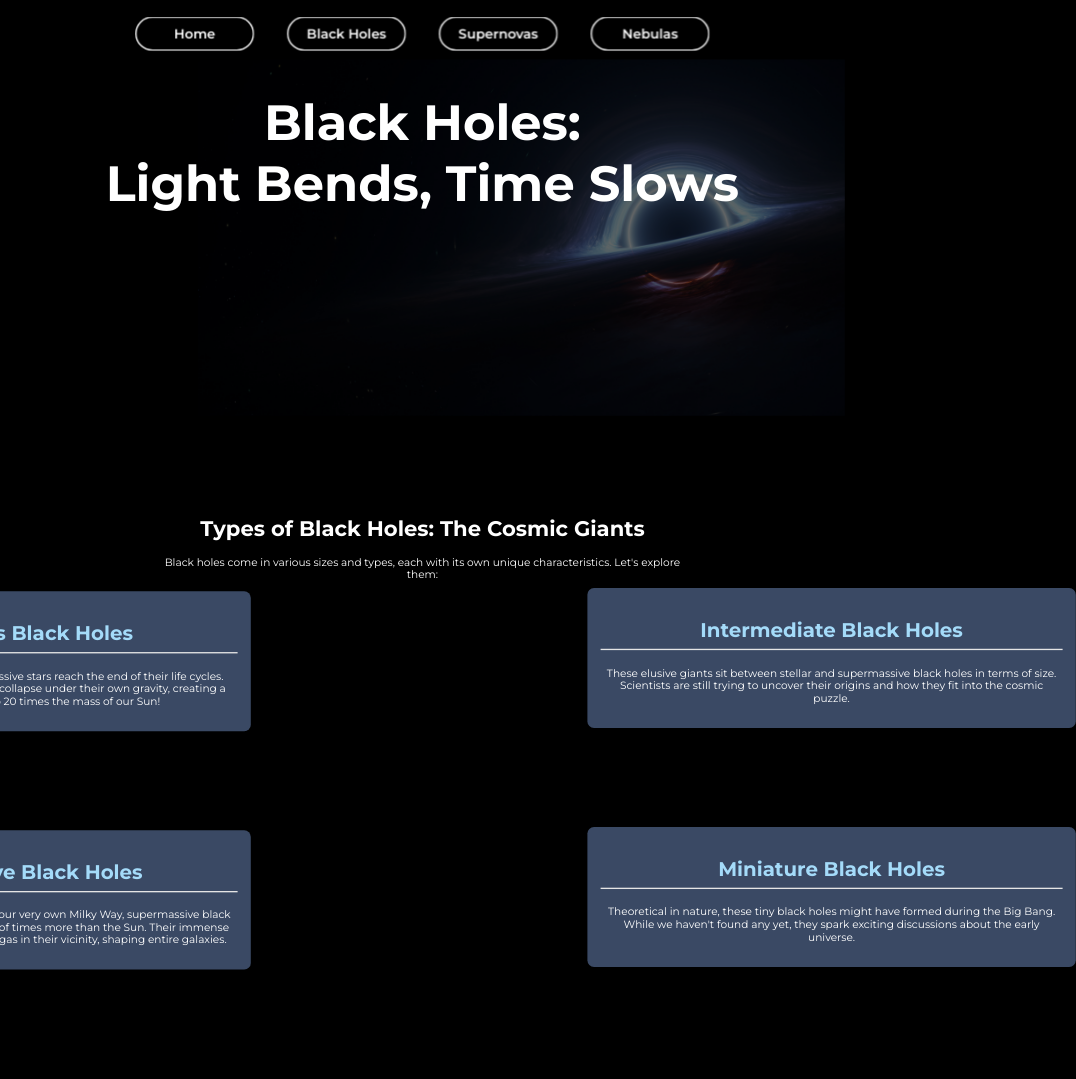
Repository: english-only/Space-Website
Page: black_hole.html
The author's editor kept a copy of each file at every save. The page is drawn from the files as they stood at one save, then again after the next save.
The browser window is 1280 px wide. The page is 1630 px wide, so the pictures cover 1630 px, including what lies to the right of the window. The pictures show the whole page, at 66% of full size.
Backgrounds fixed to the window are drawn as part of the page.

Above is the page before, as saved 2024-12-18 23:32:01.

### black_hole.html
<!DOCTYPE html>
<html lang="en">
  <head>
    <meta charset="utf-8" />
    <meta http-equiv="X-UA-Compatible" content="IE=edge" />
    <title>Welcome to Space</title>
    <meta name="viewport" content="width=device-width, initial-scale=1" />
    <link rel="stylesheet" type="text/css" media="screen" href="main.css" />
  </head>
  <body>
    <div class="background-2 fade-in"></div>
    <div class="wrapper fade-in">
      <nav class="navbar fade-in">
        <a href="index.html"
          ><button class="nav-button fade-in">Home</button></a
        >
        <a href="black_hole.html"
          ><button class="nav-button fade-in">Black Holes</button></a
        >
        <a href="supernovas.html"
          ><button class="nav-button fade-in">Supernovas</button></a
        >
        <a href="nebulas.html"
          ><button class="nav-button fade-in">Nebulas</button></a
        >
      </nav>
      <div class="page-2-hero fade-in">
        <h2>Black Holes:<br />Light Bends, Time Slows</h2>
      </div>
    </div>
    <div class="container">
      <div class="stupid-text">
        <h1>Types of Black Holes: The Cosmic Giants</h1>
        <p>
          Black holes come in various sizes and types, each with its own unique
          characteristics. Let's explore them:
        </p>
      </div>

      <div class="black-hole-container">
        <div class="black-hole-type">
          <h2 class="">Stellar-Mass Black Holes</h2>
          <div class="content">
            <p>
              These incredible objects form when massive stars reach the end of
              their life cycles. After exhausting their nuclear fuel, they
              collapse under their own gravity, creating a black hole that can
              be up to 20 times the mass of our Sun!
            </p>
          </div>
        </div>
        <div class="black-hole-type">
          <h2>Supermassive Black Holes</h2>
          <div class="content">
            <p>
              Found at the heart of galaxies, including our very own Milky Way,
              supermassive black holes can weigh millions or even billions of
              times more than the Sun. Their immense gravity influences the
              orbits of stars and gas in their vicinity, shaping entire
              galaxies.
            </p>
          </div>
        </div>
        <div class="black-hole-type u-idiot intermediate">
          <h2>Intermediate Black Holes</h2>
          <div class="content">
            <p>
              These elusive giants sit between stellar and supermassive black
              holes in terms of size. Scientists are still trying to uncover
              their origins and how they fit into the cosmic puzzle.
            </p>
          </div>
        </div>
        <div class="black-hole-type u-idiot miniature">
          <h2>Miniature Black Holes</h2>
          <div class="content">
            <p>
              Theoretical in nature, these tiny black holes might have formed
              during the Big Bang. While we haven't found any yet, they spark
              exciting discussions about the early universe.
            </p>
          </div>
        </div>
      </div>
    </div>
  </body>
</html>

### main.css
@import url('https://fonts.googleapis.com/css2?family=Montserrat:ital,wght@0,100..900;1,100..900&display=swap');
@keyframes fadeIn {
  from {
    opacity: 0;
  }
  to {
    opacity: 1;
  }
}

/* Fade-in class to be used on elements */
.fade-in {
  opacity: 0; /* Start invisible */
  animation: fadeIn 1s ease-in forwards; /* Apply fade-in animation */
}
body,
html {
  /* Ensure the body and html take full height */
  height: 100%;
  margin: 0;
  font-family: 'Montserrat';
  font-weight: 400;
  color: white;
}

body {
  /* Set a fallback background color */
  background-color: black;
}

.background {
  background-attachment: fixed;
  background-image: url('essay-gettyimages-1237093074.webp');
  background-size: cover;
  background-position: center;
  background-repeat: no-repeat;
  position: fixed; /* Keep background fixed while scrolling */
  height: 100vh;
  width: 100%;
  filter: brightness(25%);
  top: 0;
  left: 0;
  z-index: -10;
}

.wrapper {
  display: flex;
  flex-direction: column;
  justify-content: flex-start; /* Align items to the top */
  align-items: center; /* Center items horizontally */
  height: 600px;
  position: relative;
  padding-top: 20px;
  opacity: 0; /* Start invisible */
  animation: fadeIn 0.5s ease-in forwards; /* Apply fade-in animation */
}

.navbar {
  display: flex;
  gap: 50px;
  margin-top: 5px; /* Adjust as needed for spacing from the top */
}

.nav-button {
  padding: 12px 20px;
  border: 2px solid white;
  background-color: rgba(0, 0, 0, 0.5);
  color: white;
  font-size: 16px;
  cursor: pointer;
  transition: background-color 0.3s, color 0.3s;
  font-family: 'Red Hat Display';
  font-weight: 600;
  font-size: 20px;
  width: 180px;
  border-radius: 800px;
  font-family: Montserrat;
}

.nav-button:hover {
  background-color: white;
  color: black;
}

.hero-text {
  color: white;
  font-size: 50px;
  font-weight: 700;
  text-align: center;
  padding: 0; /* Remove padding to minimize hover area */
  display: inline-block; /* Restrict hover area to text content */
  transition: text-shadow 0.3s ease-in-out, transform 0.3s ease-in-out; /* Smooth transition */
}

.hero-text:hover {
  text-shadow: 3px 4px 3px rgba(255, 255, 255, 0.7); /* White shadow */
  transform: translateY(-10px); /* Raised effect */
}

@keyframes fadeInOut {
  0% {
    opacity: 0.5;
  }
  50% {
    opacity: 1;
  }
  100% {
    opacity: 0.5;
  }
}

.card-wrapper {
  display: flex;
  flex-direction: column; /* Stack cards vertically */
  align-items: center; /* Center cards horizontally */
  margin-top: 50px; /* Adjusts space from the top */
}

.row {
  display: flex;
  gap: 650px; /* Space between the cards */
  justify-content: center; /* Center the row */
  align-items: flex-start; /* Align cards to the top */
}

.black_hole {
  margin-left: -100px; /* Move the Black Holes card to the left */
  width: 500px;
}

.black_hole a {
  margin-left: 110px;
}

.cards {
  font-size: 25px;
  color: white;
  box-sizing: border-box;
  position: relative;
  top: -450px; /* Moves the element upwards */
  text-align: center;
}

.cards a {
  color: white;
  text-decoration: none;
  border: white 2px solid;
  display: inline-block;
  text-align: center;
  box-sizing: border-box;
  padding: 6px 20px;
  line-height: normal;
  transition: text-shadow 0.3s ease-in-out, transform 0.3s ease-in-out,
    background-color 0.3s ease-in-out, color 0.3s ease-in-out;
  border-radius: 600px;
}

.cards a:hover {
  text-shadow: 2px 2px 5px rgba(255, 255, 255, 0.7);
  transform: translateY(-5px);
  background-color: rgb(223, 223, 223);
  color: black;
}

.cards a h3 {
  margin: 0;
  padding: 0;
}

.cards p {
  margin-top: 15px;
  width: 800px; /* Adjust width to fit within card */
}

.cards p:hover {
  text-shadow: 2px 2px 5px rgba(255, 255, 255, 0.6);
  transform: translateY(-5px);
  transition: text-shadow 0.3s ease-in-out, transform 0.3s ease-in-out;
}

.nebula-card {
  margin-top: 100px;
}

.nebula-card a {
  justify-content: center;
  align-items: center;
  margin-left: 40px;
}

.nebula-card p {
  text-align: left;
  text-wrap: pretty;
  text-align: left; /* Align text to the left */
  width: 100%; /* Ensure the card takes the full width */
  margin-left: 100px;
  margin-right: 200px;
  max-width: 1750px;
  text-align: center; /* Align text to the center */
}

.videos {
  margin-top: -190px; /* Adjust the space below the Nebula card */
  text-align: center;
  width: 100%; /* Ensure it takes the full width */
  text-decoration: underline;
}

.videos h2 {
  position: relative; /* Ensure the text is positioned in normal flow */
  z-index: 1; /* Make sure it's above other content */
  pointer-events: auto; /* Allow text selection */
  overflow: visible; /* Ensure text is not clipped */
}

.video-links {
  display: grid;
  grid-template-columns: repeat(3, 400px); /* 3 columns, each 400px wide */
  grid-template-rows: repeat(2, 400px); /* 3 rows, each 400px tall */
  gap: 100px; /* Space between grid items */
  justify-content: center; /* Center the grid horizontally within the container */
  align-items: center; /* Center the grid items vertically */
  margin-top: -120px; /* Space above the grid (adjust this to decrease the gap) */
  margin-left: 160px;
}

.button-container {
  display: contents; /* Ensure buttons are placed directly in the grid */
}

.button-container a {
  display: block; /* Ensure buttons occupy full width of their grid cell */
  width: 215px; /* Full width of the grid cell */
  text-align: center;
  color: white;
  font-size: 20px;
  text-decoration: none; /* Remove underline */
  border: 2px solid white;
  padding: 8px 12px;
  border-radius: 600px;
  height: 30px;
  transition: background-color 0.3s, color 0.3s;
  margin-bottom: 10px; /* Decrease the space between the buttons and the text below */
  padding-top: 13px;
}

.button-container a:hover {
  background-color: white;
  color: black;
  font-weight: 700;
}

.images {
  display: contents; /* Ensure images are placed directly in the grid */
}

.black-hole-image,
.supernova-image,
.nebula-image {
  width: 100%; /* Full width of the grid cell */
  border: 2px solid white;
  border-radius: 20px;
  margin-top: -630px; /* Decrease the space between the images and the buttons above */
  margin-left: -10px;
}

.black-hole-image {
  width: 100%; /* Full width of the grid cell */
  border: 2px solid white;
  border-radius: 20px;
  margin-top: -630px; /* Decrease the space between the images and the buttons above */
  margin-left: -95px;
}

.supernova-image {
  width: 100%; /* Full width of the grid cell */
  border: 2px solid white;
  border-radius: 20px;
  margin-top: -630px; /* Decrease the space between the images and the buttons above */
  margin-left: -95px;
}

.nebula-image {
  height: 270px;
  width: auto;
  border: 2px solid white;
  border-radius: 20px;
  margin-top: -630px; /* Decrease the space between the images and the buttons above */
  margin-left: -125px;
}

/* page 2 from below */
.background-2 {
  background-attachment: fixed;
  background-image: url('thumb-1920-1346075.png');
  background-size: contain;
  background-position: 300px;
  background-repeat: no-repeat;
  position: fixed; /* Keep background fixed while scrolling */
  height: 100vh;
  width: 100%;
  filter: brightness(40%);
  z-index: -1; /* Place the background behind other content */
}

.page-2-hero {
  color: white;
  font-size: 50px;
  font-weight: 700;
  text-align: center;
  padding: 0; /* Remove padding to minimize hover area */
  display: inline-block; /* Restrict hover area to text content */
  transition: text-shadow 0.3s ease-in-out, transform 0.3s ease-in-out; /* Smooth transition */
}

.page-2-hero:hover {
  text-shadow: 3px 4px 3px rgba(255, 255, 255, 0.7); /* White shadow */
  transform: translateY(-10px); /* Raised effect */
}

.container {
  max-width: 800px;
  margin: 0 auto;
  padding: 20px 0 20px 0;
  padding-bottom: 20px;
  text-align: center;
  margin-top: 120px;
}

.stupid-text {
  color: white;
}

.stupid-text:hover {
  cursor: pointer;
}

h1 {
  text-align: center;
  color: #ffffff;
}

.black-hole-type {
  background-color: #89aae96d;
  border-radius: 10px;
  padding: 20px;
  margin-bottom: 30px;
  box-shadow: 0 4px 6px rgba(0, 0, 0, 0.1);
  transition: transform 0.3s ease;
  max-width: 700px;
  margin-bottom: 150px;
}

.black-hole-type:hover {
  transform: scale(1.02);
}

.content {
  align-items: baseline;
  gap: 20px;
}

.black-hole-type h2 {
  color: #a4dbf9;
  border-bottom: 2px solid #e5e5e5;
  padding-bottom: 10px;
  font-size: 30px;
}

.u-idiot {
  margin-left: 1250px;
  min-width: 700px;
}

.intermediate {
  margin-top: -728px;
}

.black-hole-container {
  margin-left: -600px;
}

@keyframes fadeIn {
  from {
    opacity: 0;
  }
  to {
    opacity: 1;
  }
}

.black-hole-type {
  animation: fadeIn 1s ease-in;
}

@media (max-width: 600px) {
  .content {
    flex-direction: column;
  }
}

@keyframes fadeIn {
  from {
    opacity: 0;
  }
  to {
    opacity: 1;
  }
}

After the next save:
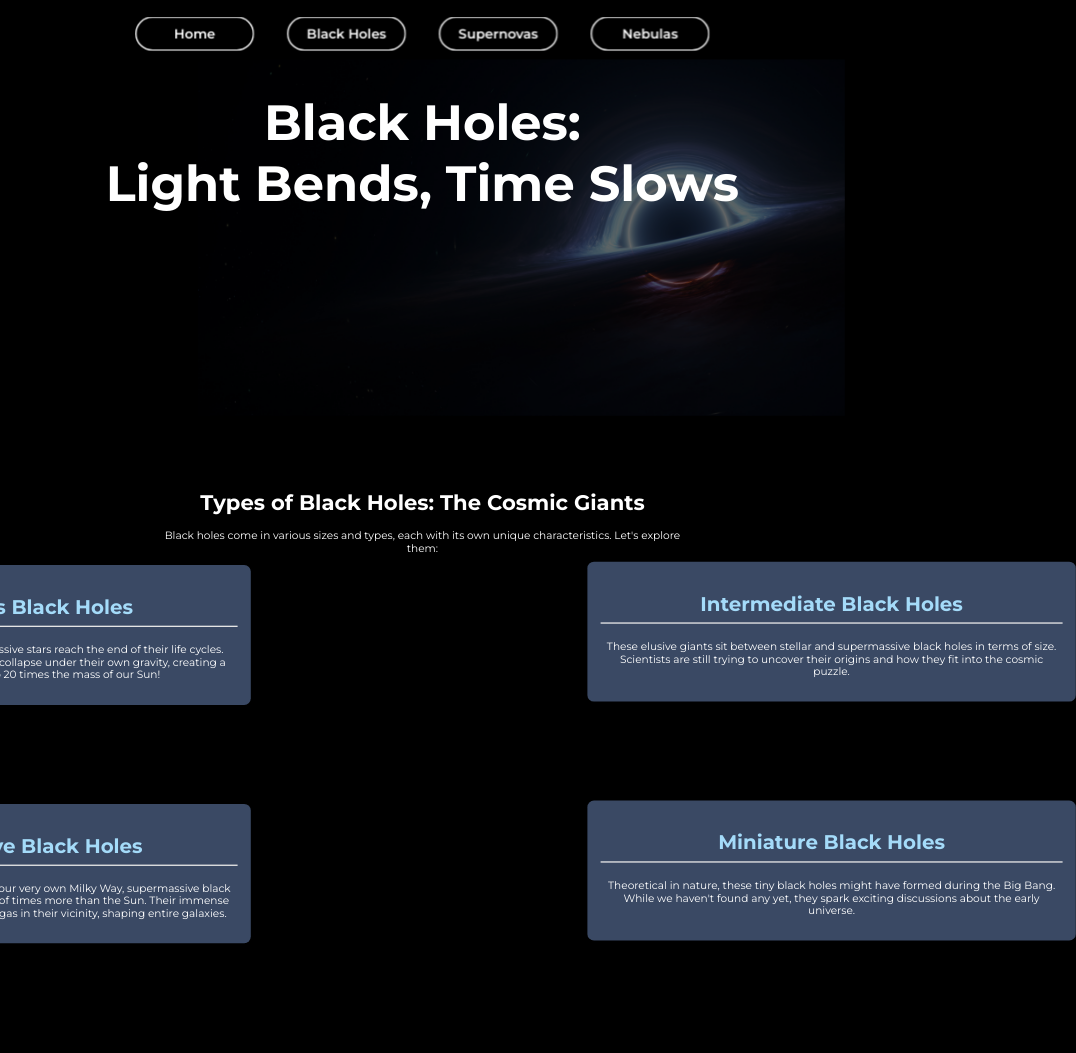
Saved 5 s later.
--- a/main.css
+++ b/main.css
@@ -324,7 +324,7 @@ body {
   padding: 20px 0 20px 0;
   padding-bottom: 20px;
   text-align: center;
-  margin-top: 120px;
+  margin-top: 80px;
 }
 
 .stupid-text {
